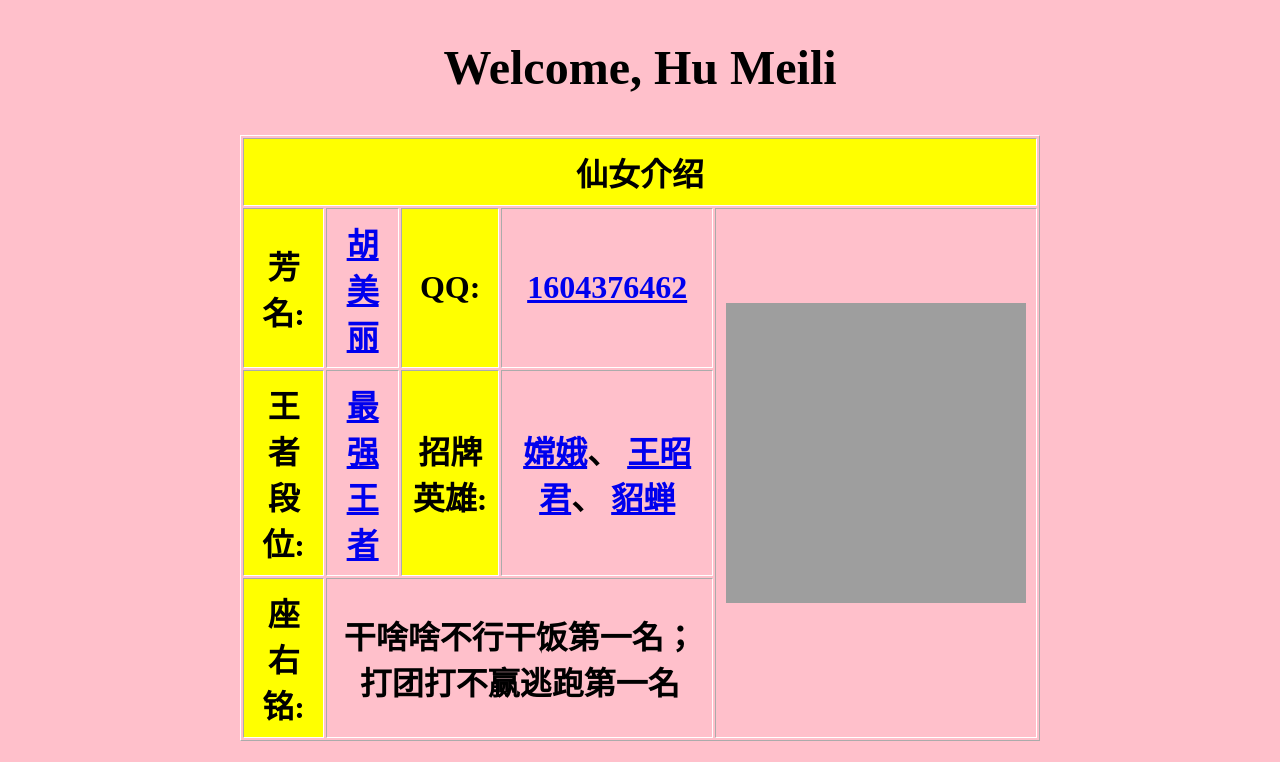
Repository: NanmeiYC/NanmeiYC.github.io
Page: zhuye.html
The author's editor kept a copy of each file at every save. The page is drawn from the files as they stood at one save, then again after the next save.
The browser window is 1280 px wide. The pictures show the whole page.
Pictures or frames that could not be fetched are drawn as grey boxes.

Above is the page before, as saved 2021-05-29 01:56:31.

After the next save:
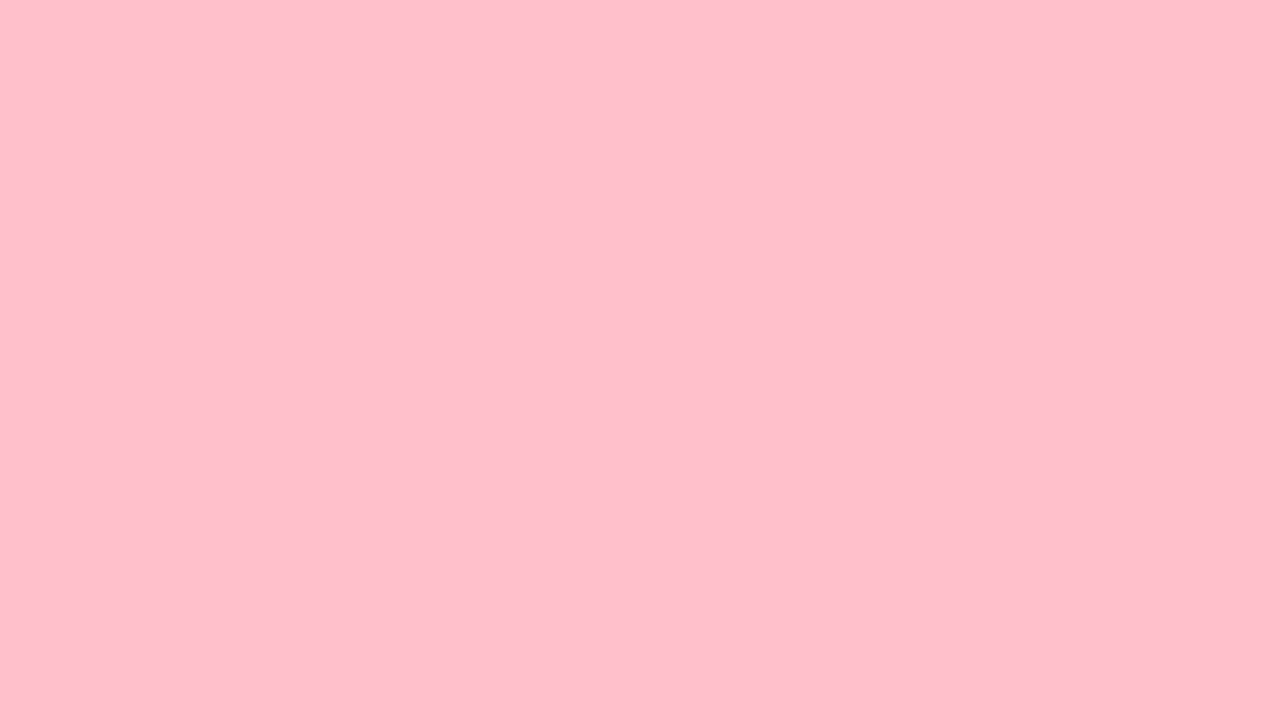
Saved 5 s later.
--- a/zhuye.html
+++ b/zhuye.html
@@ -7,7 +7,7 @@
 </head>
 
 <body bgcolor="pink">
-    <h1 align="center"><st欢迎你，胡美丽</h1>
+    <h1 align="center"><style ba欢迎你，胡美丽</h1>
     <h2 align="center">Welcome, Hu Meili</h2>
     <table border="1" align="center" cellpadding="10" width="800" style="border-color:rgb(255, 255, 255);">
         <tr align="center">

After the 5 saves that followed:
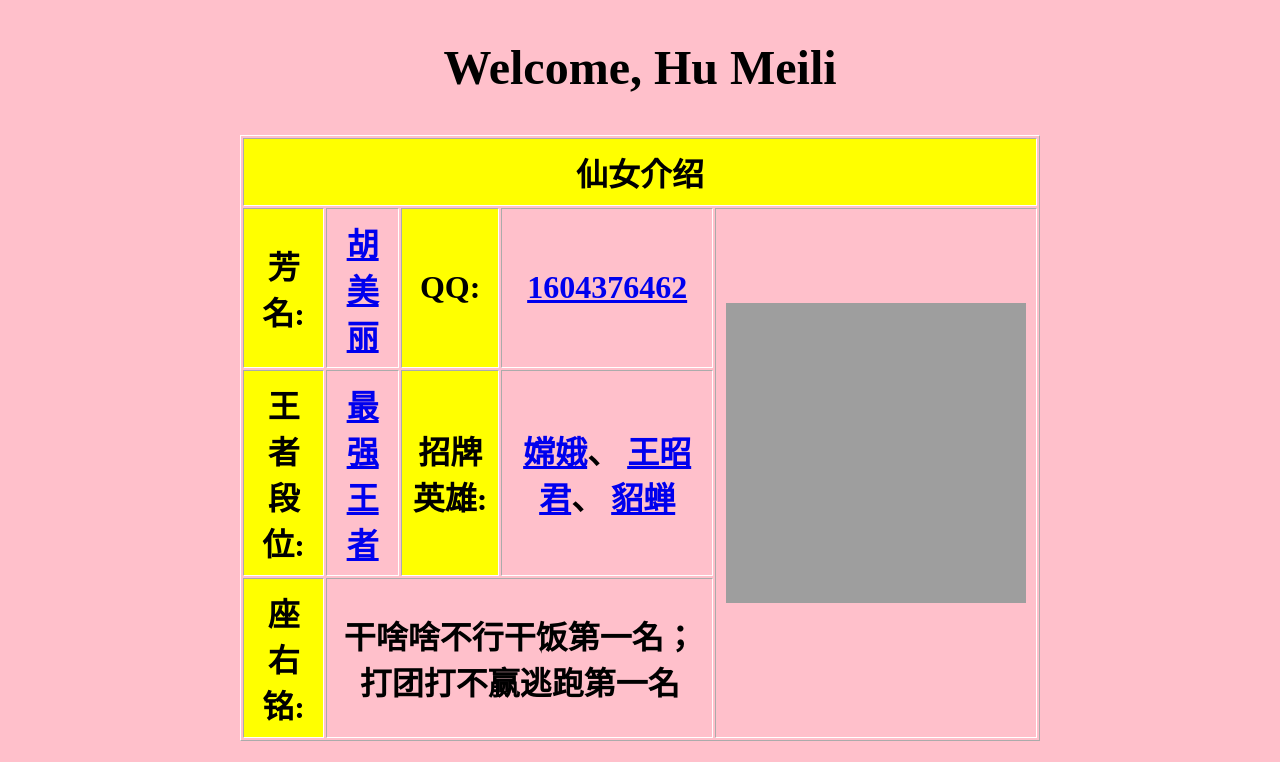
The 5 saves are shown as one change because they came seconds apart.
The last was saved 20 s later.
--- a/zhuye.html
+++ b/zhuye.html
@@ -7,7 +7,7 @@
 </head>
 
 <body bgcolor="pink">
-    <h1 align="center"><style ba欢迎你，胡美丽</h1>
+    <h1 align="center"><style="background-color"欢迎你，胡美丽</h1>
     <h2 align="center">Welcome, Hu Meili</h2>
     <table border="1" align="center" cellpadding="10" width="800" style="border-color:rgb(255, 255, 255);">
         <tr align="center">
